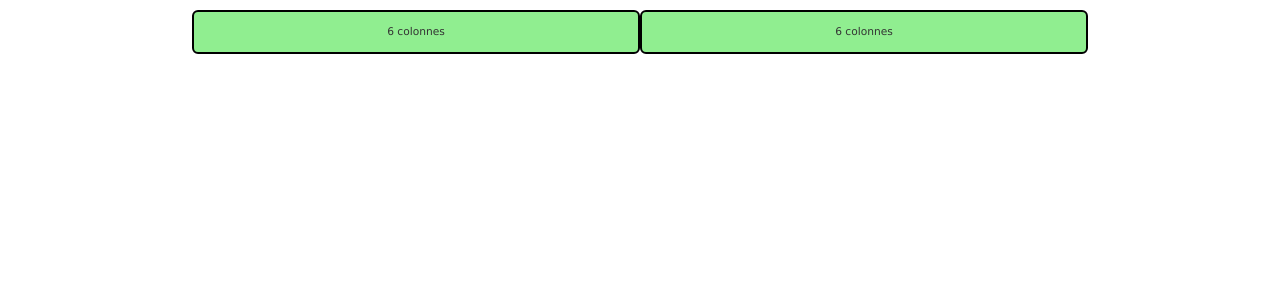
Repository: dridrii/COMPET-BLOC
Page: http://localhost/COMPET-BLOC/
The author's editor kept a copy of each file at every save. The page is drawn from the files as they stood at one save, then again after the next save.
The browser window is 1280 px wide. The pictures show the whole page.
The page is served by Tomcat 9.

Above is the page before, as saved 2015-07-11 16:25:33.

After the next save:
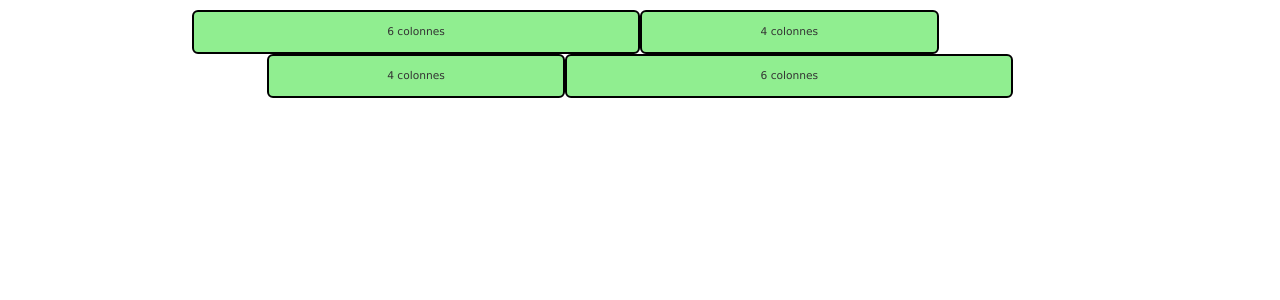
Saved 2 min 35 s later.
--- a/COMPET-BLOC/WebContent/index.jsp
+++ b/COMPET-BLOC/WebContent/index.jsp
@@ -8,10 +8,9 @@
     <div class="container">
  		 <div class="row">
    			 <div class="col-md-6"> 6 colonnes</div>
-    			<div></div>
-
-
-    	<div class="col-md-6"> 6 colonnes</div>
+    			<div class="col-md-4"> 4 colonnes</div>
+    			<div class="col-md-4 col-lg-offset-1"> 4 colonnes</div>
+    		<div class="col-md-6"> 6 colonnes</div>
 
 		</div>
 	</div>
